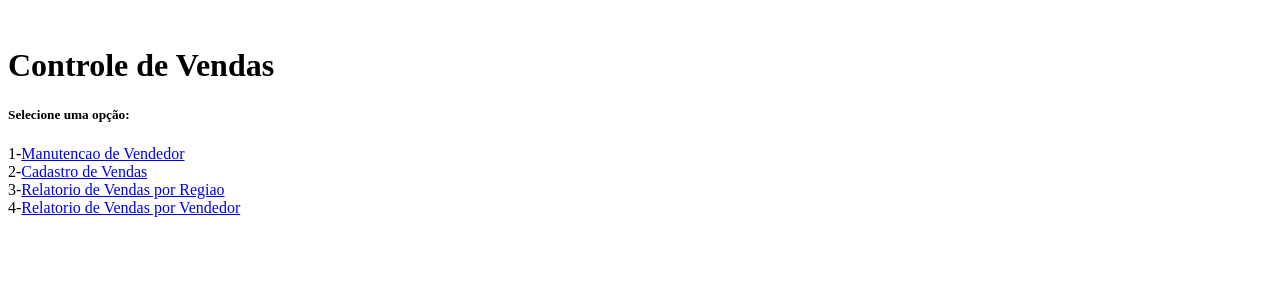
Repository: gabriellacrystina/workspaceWeb
Page: http://localhost/PrjVendas/Menu.jsp
An editor plug-in stored every save of this project. The page is shown before and after the next save, followed by the edit.
The browser window is 1280 px wide. The pictures show the whole page.
The page is served by Tomcat 9.

Above is the page before, as saved 2015-09-14 23:24:42.

After the next save:
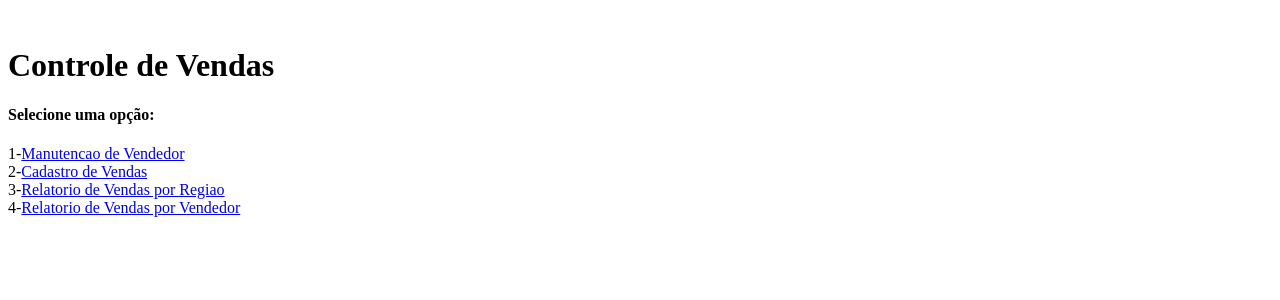
Saved 17 s later.
--- a/PrjVendas/WebContent/Menu.jsp
+++ b/PrjVendas/WebContent/Menu.jsp
@@ -9,7 +9,7 @@
 	<body>
 		<br>
 		<h1>Controle de Vendas</h1>
-				<h5>Selecione uma opção:</h5>
+				<h4>Selecione uma opção:</h4>
 			1-<a href="ManutencaoVendedor.jsp">Manutencao de Vendedor</a><br>
 			2-<a href="CadastroVendas.jsp">Cadastro de Vendas</a><br>
 			3-<a href="RelatorioVendasRegiao.jsp">Relatorio de Vendas por Regiao</a><br>
